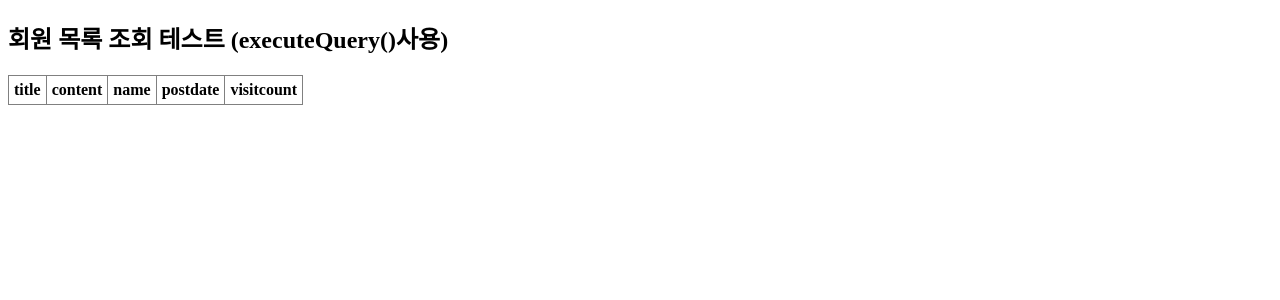
Repository: Charles0304/JSP
Page: http://localhost/MustHaveJSP/05JDBC/ExeQuery1.jsp
The author's editor kept a copy of each file at every save. The page is drawn from the files as they stood at one save, then again after the next save.
The browser window is 1280 px wide. The pictures show the whole page.
The page is served by Tomcat 10. Nobody is signed in. The application's start-up code is not run. Queries for data that is not in the repository find no rows.

Above is the page before, as saved 2024-04-19 08:29:40.

After the next save:
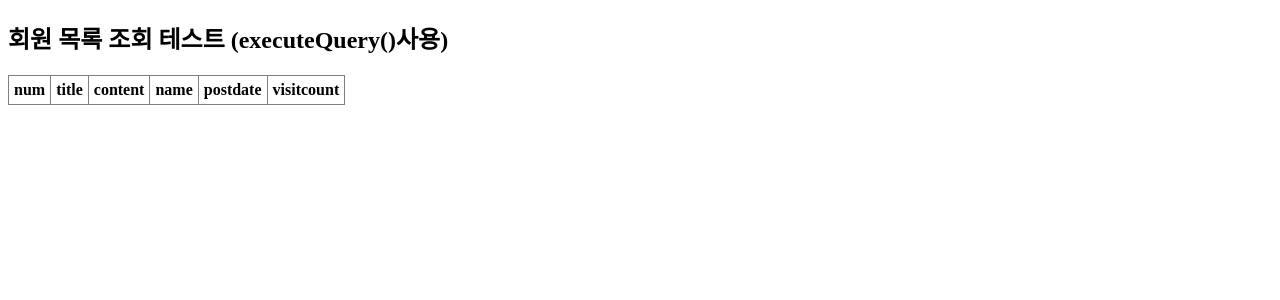
Saved 27 s later.
--- a/MustHaveJSP/src/main/webapp/05JDBC/ExeQuery1.jsp
+++ b/MustHaveJSP/src/main/webapp/05JDBC/ExeQuery1.jsp
@@ -26,7 +26,7 @@
 	<%
 	JDBConnect jdbc = new JDBConnect();
 
-	String sql = "SELECT b.title, b.content, m.name, b.postdate, b.visitcount from member m, board b where m.id = b.id and m.id = 'musthave'";
+	String sql = "SELECT b.num,b.title, b.content, m.name, b.postdate, b.visitcount from member m, board b where m.id = b.id and m.id = 'musthave'";
 	Statement stmt = jdbc.con.createStatement();
 
 	ResultSet rs = stmt.executeQuery(sql);
